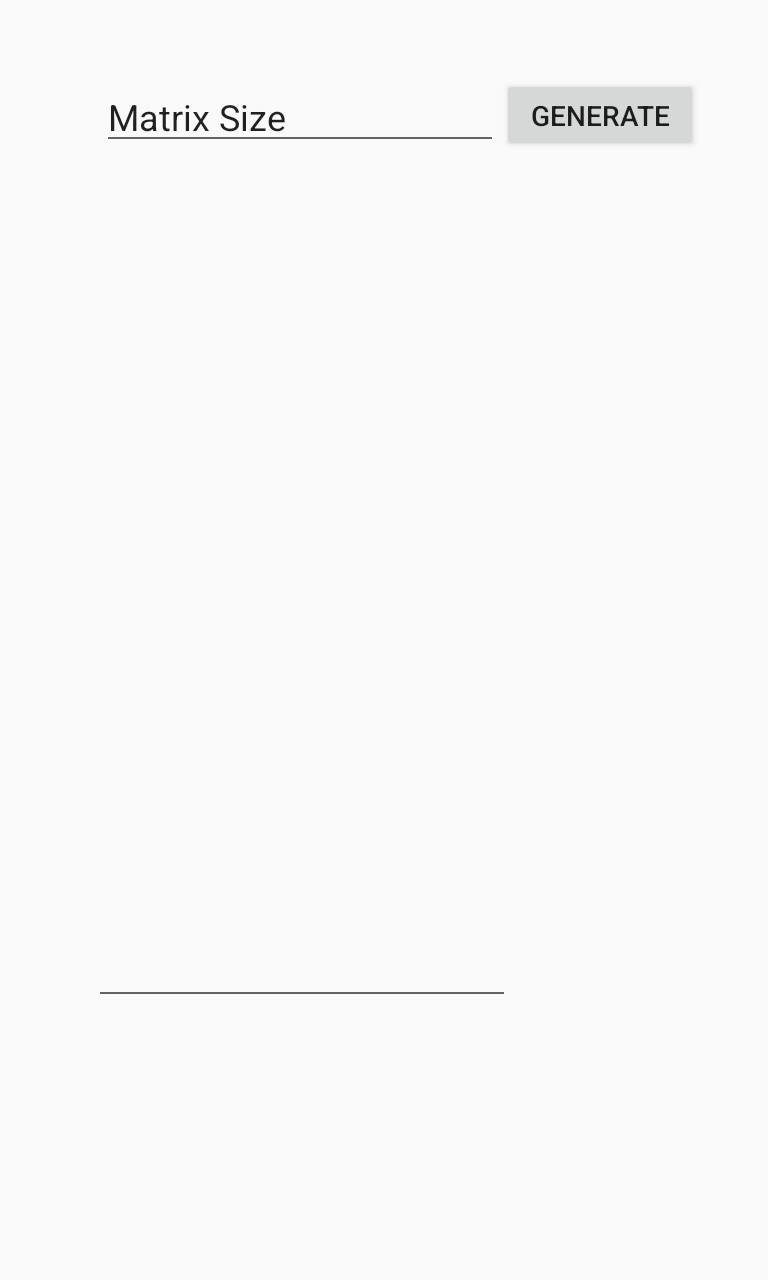
Repository: lhsieh814/ParallelProject
Layout: MatrixManipulation/res/layout/activity_main.xml
These files come from the project's save history. The layout is drawn as it stood at one moment and after the next save; the edit follows.
It is drawn on a 768 x 1280 px phone screen (xhdpi) without system bars, with theme AppTheme; the app's code is not run.

Above is the layout before, as saved 2014-11-22 17:16:05.

### MatrixManipulation/res/layout/activity_main.xml
<RelativeLayout xmlns:android="http://schemas.android.com/apk/res/android"
    xmlns:tools="http://schemas.android.com/tools"
    android:layout_width="match_parent"
    android:layout_height="match_parent"
    android:paddingBottom="@dimen/activity_vertical_margin"
    android:paddingLeft="@dimen/activity_horizontal_margin"
    android:paddingRight="@dimen/activity_horizontal_margin"
    android:paddingTop="@dimen/activity_vertical_margin"
    tools:context="com.example.matrixmanipulation.MainActivity" >

    <EditText
        android:id="@+id/editText2"
        android:layout_width="wrap_content"
        android:layout_height="wrap_content"
        android:layout_alignParentBottom="true"
        android:layout_alignParentLeft="true"
        android:layout_marginBottom="119dp"
        android:layout_marginLeft="30dp"
        android:ems="10"
        android:inputType="textMultiLine" />

    <EditText
        android:id="@+id/editText1"
        android:layout_width="200dp"
        android:layout_height="wrap_content"
        android:layout_alignParentTop="true"
        android:layout_marginTop="20dp"
        android:layout_toLeftOf="@+id/button1"
        android:ems="10"
        android:inputType="number"
        android:text="Matrix Size" />

    <Button
        android:id="@+id/button1"
        android:layout_width="100dp"
        android:layout_height="40dp"
        android:layout_alignBottom="@+id/editText1"
        android:layout_alignParentRight="true"
        android:layout_marginRight="18dp"
        android:text="Generate" />

</RelativeLayout>

Loaded but not shown: MatrixManipulation/res/values/styles.xml (common file); MatrixManipulation/res/values-v11/styles.xml (common file); MatrixManipulation/res/values-v14/styles.xml (common file); MatrixManipulation/res/values/dimens.xml (common file); MatrixManipulation/res/values-w820dp/dimens.xml (common file)

After the next save:
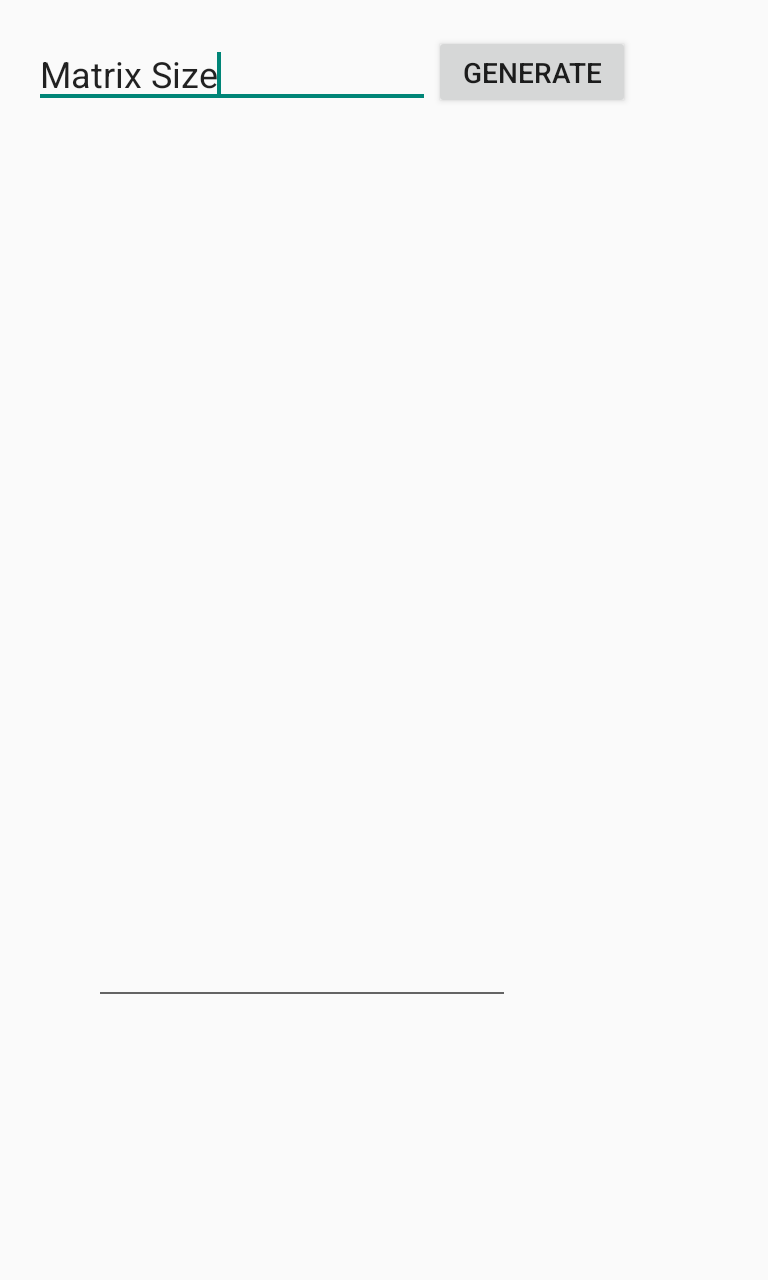
Saved 29 s later.
--- a/MatrixManipulation/res/layout/activity_main.xml
+++ b/MatrixManipulation/res/layout/activity_main.xml
@@ -22,21 +22,22 @@
     <EditText
         android:id="@+id/editText1"
         android:layout_width="200dp"
-        android:layout_height="wrap_content"
+        android:layout_height="40dp"
+        android:layout_alignParentLeft="true"
         android:layout_alignParentTop="true"
-        android:layout_marginTop="20dp"
-        android:layout_toLeftOf="@+id/button1"
         android:ems="10"
         android:inputType="number"
-        android:text="Matrix Size" />
+        android:text="Matrix Size" >
+
+        <requestFocus />
+    </EditText>
 
     <Button
         android:id="@+id/button1"
         android:layout_width="100dp"
         android:layout_height="40dp"
-        android:layout_alignBottom="@+id/editText1"
-        android:layout_alignParentRight="true"
-        android:layout_marginRight="18dp"
+        android:layout_alignTop="@+id/editText1"
+        android:layout_toRightOf="@+id/editText1"
         android:text="Generate" />
 
 </RelativeLayout>
